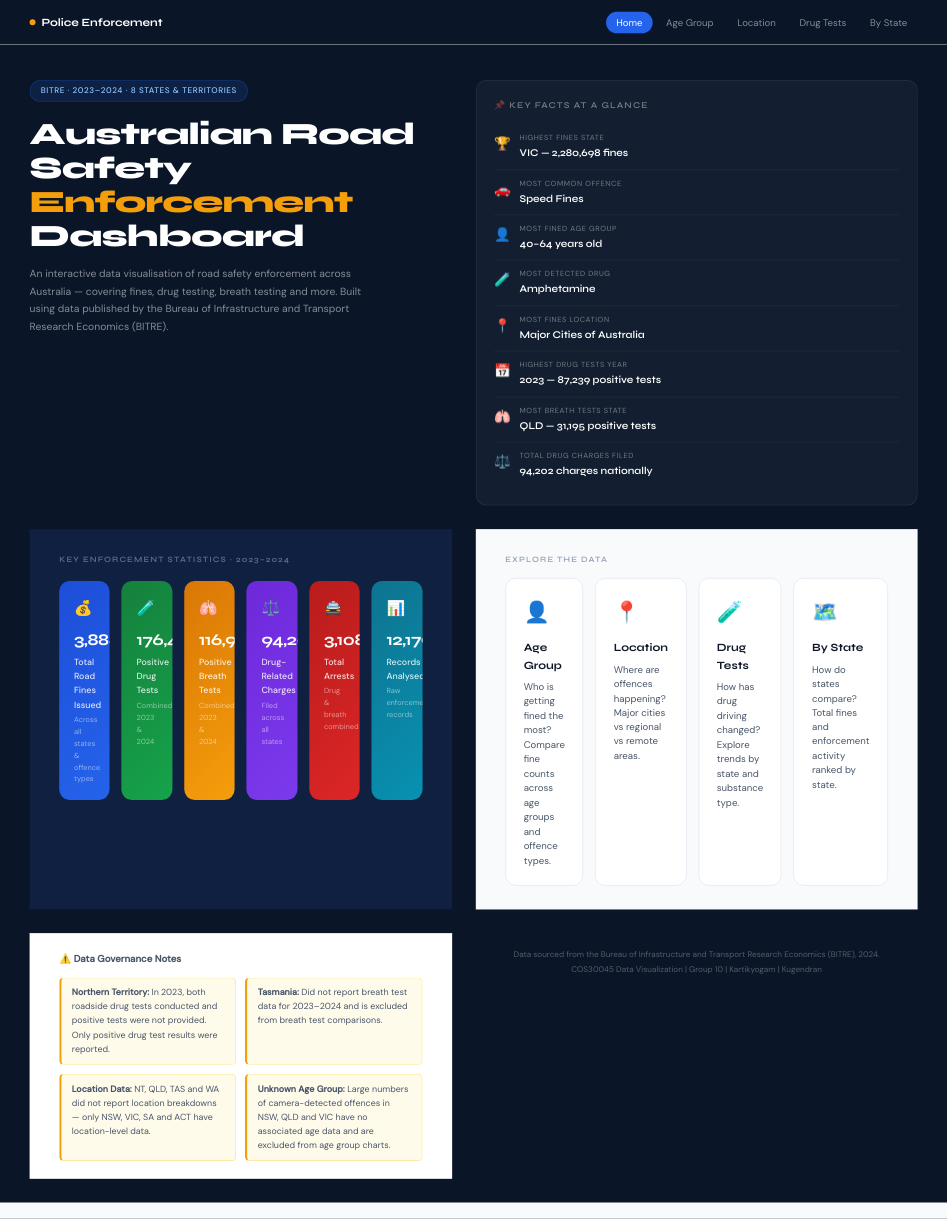
Repository: j26046183-hue/COS30045-GROUP-ASSIGNMENT
Page: index.html
These files come from the project's save history. The page is drawn as it stood at one moment and after the next save; the edit follows.
The browser window is 1280 px wide. The pictures show the whole page, at 74% of full size.

Above is the page before, as saved 2026-06-05 15:30:47.

After the next save:
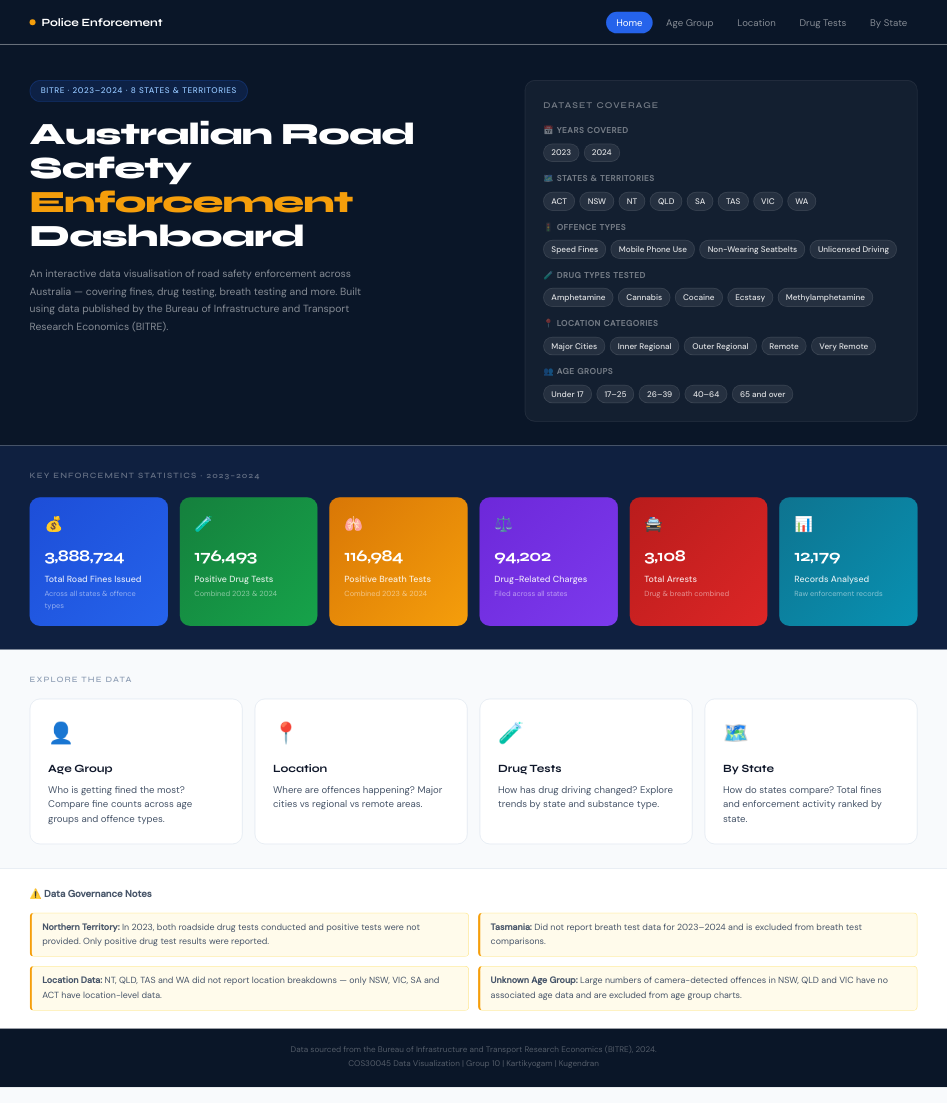
Saved 11 s later.
--- a/index.html
+++ b/index.html
@@ -36,75 +36,77 @@
                 <p>An interactive data visualisation of road safety enforcement across Australia — covering fines, drug testing, breath testing and more. Built using data published by the Bureau of Infrastructure and Transport Research Economics (BITRE).</p>
             </div>
             <div class="home-hero-right">
-    <div class="data-coverage">
-        <div class="coverage-title">📌 Key Facts at a Glance</div>
-
-        <div class="key-fact">
-            <span class="key-fact-icon">🏆</span>
-            <div class="key-fact-content">
-                <div class="key-fact-label">Highest Fines State</div>
-                <div class="key-fact-value">VIC — 2,280,698 fines</div>
-            </div>
-        </div>
-
-        <div class="key-fact">
-            <span class="key-fact-icon">🚗</span>
-            <div class="key-fact-content">
-                <div class="key-fact-label">Most Common Offence</div>
-                <div class="key-fact-value">Speed Fines</div>
-            </div>
-        </div>
-
-        <div class="key-fact">
-            <span class="key-fact-icon">👤</span>
-            <div class="key-fact-content">
-                <div class="key-fact-label">Most Fined Age Group</div>
-                <div class="key-fact-value">40–64 years old</div>
-            </div>
-        </div>
-
-        <div class="key-fact">
-            <span class="key-fact-icon">🧪</span>
-            <div class="key-fact-content">
-                <div class="key-fact-label">Most Detected Drug</div>
-                <div class="key-fact-value">Amphetamine</div>
-            </div>
-        </div>
-
-        <div class="key-fact">
-            <span class="key-fact-icon">📍</span>
-            <div class="key-fact-content">
-                <div class="key-fact-label">Most Fines Location</div>
-                <div class="key-fact-value">Major Cities of Australia</div>
-            </div>
-        </div>
-
-        <div class="key-fact">
-            <span class="key-fact-icon">📅</span>
-            <div class="key-fact-content">
-                <div class="key-fact-label">Highest Drug Tests Year</div>
-                <div class="key-fact-value">2023 — 87,239 positive tests</div>
-            </div>
-        </div>
-
-        <div class="key-fact">
-            <span class="key-fact-icon">🫁</span>
-            <div class="key-fact-content">
-                <div class="key-fact-label">Most Breath Tests State</div>
-                <div class="key-fact-value">QLD — 31,195 positive tests</div>
-            </div>
-        </div>
-
-        <div class="key-fact">
-            <span class="key-fact-icon">⚖️</span>
-            <div class="key-fact-content">
-                <div class="key-fact-label">Total Drug Charges Filed</div>
-                <div class="key-fact-value">94,202 charges nationally</div>
-            </div>
-        </div>
-
-    </div>
-</div>
+                <div class="data-coverage">
+                    <div class="coverage-title">Dataset Coverage</div>
+
+                    <div class="coverage-block">
+                        <div class="coverage-block-title">📅 Years Covered</div>
+                        <div class="coverage-tags">
+                            <span class="coverage-tag">2023</span>
+                            <span class="coverage-tag">2024</span>
+                        </div>
+                    </div>
+
+                    <div class="coverage-block">
+                        <div class="coverage-block-title">🗺️ States & Territories</div>
+                        <div class="coverage-tags">
+                            <span class="coverage-tag">ACT</span>
+                            <span class="coverage-tag">NSW</span>
+                            <span class="coverage-tag">NT</span>
+                            <span class="coverage-tag">QLD</span>
+                            <span class="coverage-tag">SA</span>
+                            <span class="coverage-tag">TAS</span>
+                            <span class="coverage-tag">VIC</span>
+                            <span class="coverage-tag">WA</span>
+                        </div>
+                    </div>
+
+                    <div class="coverage-block">
+                        <div class="coverage-block-title">🚦 Offence Types</div>
+                        <div class="coverage-tags">
+                            <span class="coverage-tag">Speed Fines</span>
+                            <span class="coverage-tag">Mobile Phone Use</span>
+                            <span class="coverage-tag">Non-Wearing Seatbelts</span>
+                            <span class="coverage-tag">Unlicensed Driving</span>
+                        </div>
+                    </div>
+
+                    <div class="coverage-block">
+                        <div class="coverage-block-title">🧪 Drug Types Tested</div>
+                        <div class="coverage-tags">
+                            <span class="coverage-tag">Amphetamine</span>
+                            <span class="coverage-tag">Cannabis</span>
+                            <span class="coverage-tag">Cocaine</span>
+                            <span class="coverage-tag">Ecstasy</span>
+                            <span class="coverage-tag">Methylamphetamine</span>
+                        </div>
+                    </div>
+
+                    <div class="coverage-block">
+                        <div class="coverage-block-title">📍 Location Categories</div>
+                        <div class="coverage-tags">
+                            <span class="coverage-tag">Major Cities</span>
+                            <span class="coverage-tag">Inner Regional</span>
+                            <span class="coverage-tag">Outer Regional</span>
+                            <span class="coverage-tag">Remote</span>
+                            <span class="coverage-tag">Very Remote</span>
+                        </div>
+                    </div>
+
+                    <div class="coverage-block">
+                        <div class="coverage-block-title">👥 Age Groups</div>
+                        <div class="coverage-tags">
+                            <span class="coverage-tag">Under 17</span>
+                            <span class="coverage-tag">17–25</span>
+                            <span class="coverage-tag">26–39</span>
+                            <span class="coverage-tag">40–64</span>
+                            <span class="coverage-tag">65 and over</span>
+                        </div>
+                    </div>
+
+                </div>
+            </div>
+        </div>
 
         <!-- Stat Cards -->
         <div class="stats-section">
